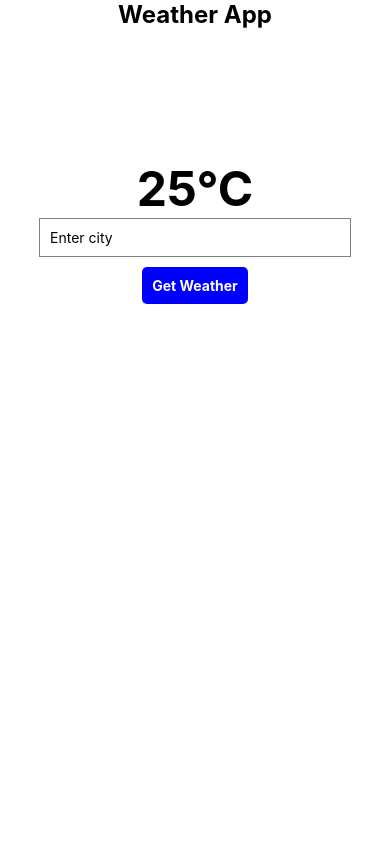
Repository: vanh1604/ExerciseReactNative
Screen: /
These files come from the project's save history. The screen is drawn as it stood at one moment and after the next save; the edit follows.
The app was drawn by React Native's web renderer in a window 390 px wide. The project was rebuilt for these pictures with package versions that can differ from the ones it lists, and the page was loaded fresh each time. Also part of the build but not shown: components/LessonDesign.js, components/Caption.js.

Above is the screen before, as saved 2023-08-27 15:25:20.

### App.js
import { StatusBar } from "expo-status-bar";
import { SafeAreaView, StyleSheet, Text, View } from "react-native";
import LessonDesign from "./components/LessonDesign";
import Caption from "./components/Caption";
import WeatherApp from "./components/WeatherApp";
export default function App() {
  return (
    <SafeAreaView>
      {/* <LessonDesign /> */}

      <WeatherApp />
    </SafeAreaView>
  );
}

const styles = StyleSheet.create({});

### components/WeatherApp.js
import React from "react";
import {
  View,
  Text,
  TextInput,
  Image,
  TouchableOpacity,
  StyleSheet,
  Button,
} from "react-native";

const WeatherApp = () => {
  return (
    <View style={styles.container}>
      <Text style={styles.header}>Weather App</Text>
      <Image
        // source={require("./weather-icon.png")}
        style={styles.weatherIcon}
      />
      <Text style={styles.temperature}>25°C</Text>
      <TextInput placeholder="Enter city" style={styles.input} />
      <TouchableOpacity style={styles.button}>
        <Text style={styles.buttonText}>Get Weather</Text>
      </TouchableOpacity>
    </View>
  );
};

const styles = StyleSheet.create({
  container: {
    flex: 1,
    alignItems: "center",
    justifyContent: "center",
  },
  header: {
    fontSize: 24,
    fontWeight: "bold",
    marginBottom: 20,
  },
  weatherIcon: {
    width: 100,
    height: 100,
    marginBottom: 10,
  },
  temperature: {
    fontSize: 48,
    fontWeight: "bold",
  },
  input: {
    borderWidth: 1,
    borderColor: "gray",
    padding: 10,
    width: "80%",
    marginBottom: 10,
    color: "black",
  },
  button: {
    backgroundColor: "blue",
    padding: 10,
    borderRadius: 5,
  },
  buttonText: {
    color: "white",
    fontWeight: "bold",
  },
});

export default WeatherApp;

After the next save:
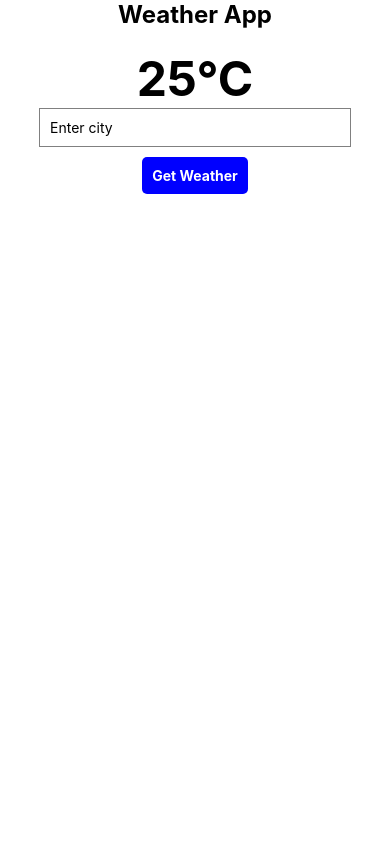
Saved 21 s later.
--- a/components/WeatherApp.js
+++ b/components/WeatherApp.js
@@ -13,10 +13,10 @@ const WeatherApp = () => {
   return (
     <View style={styles.container}>
       <Text style={styles.header}>Weather App</Text>
-      <Image
+      {/* <Image
         // source={require("./weather-icon.png")}
         style={styles.weatherIcon}
-      />
+      /> */}
       <Text style={styles.temperature}>25°C</Text>
       <TextInput placeholder="Enter city" style={styles.input} />
       <TouchableOpacity style={styles.button}>
